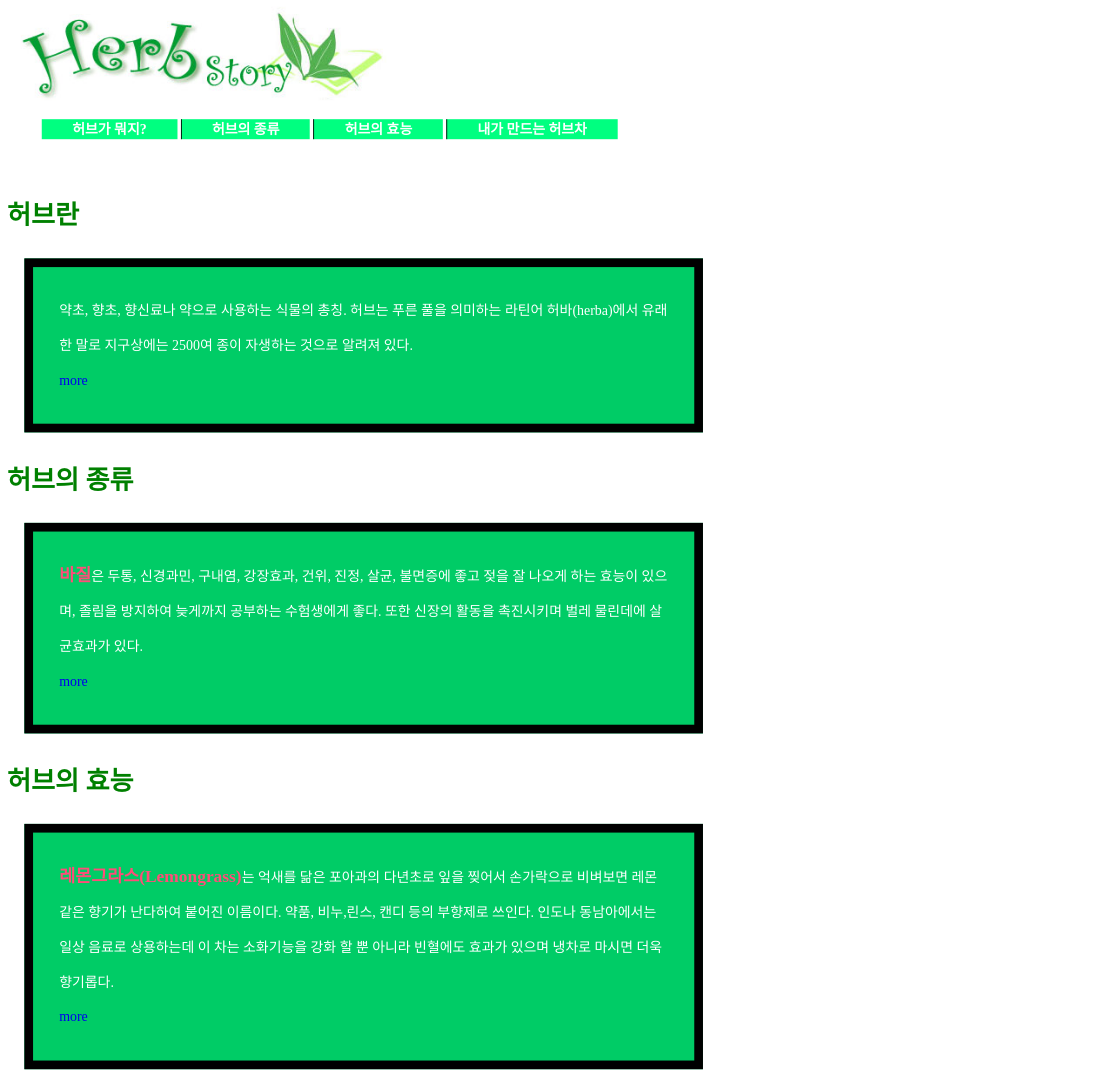
Repository: RyuJelly/java_web
Page: CSS/WebContent/exam2/menu.htm
These files come from the project's save history. The page is drawn as it stood at one moment and after the next save; the edit follows.
The browser window is 1280 px wide. The pictures show the whole page, at 87% of full size.

Above is the page before, as saved 2021-03-08 01:17:31.

After the next save:
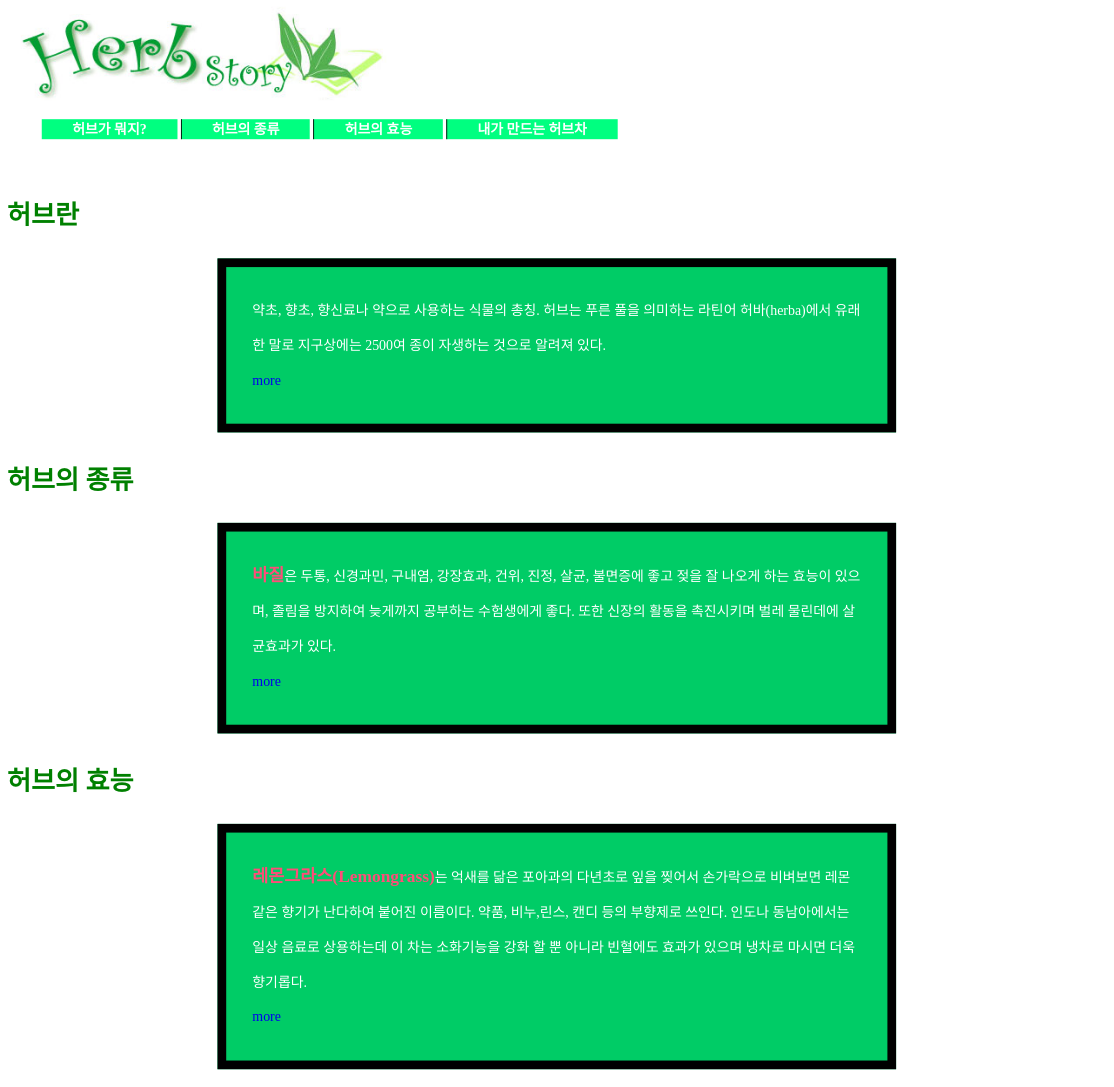
Saved 14 min 40 s later.
--- a/CSS/WebContent/exam2/menu.htm
+++ b/CSS/WebContent/exam2/menu.htm
@@ -31,7 +31,7 @@
 		line-height: 40px;
 		border: 10px solid;
 		border-color: black;
-		margin: 20px;
+		margin: 20px auto;
 		padding: 30px;
 	}
 	.box > strong {
